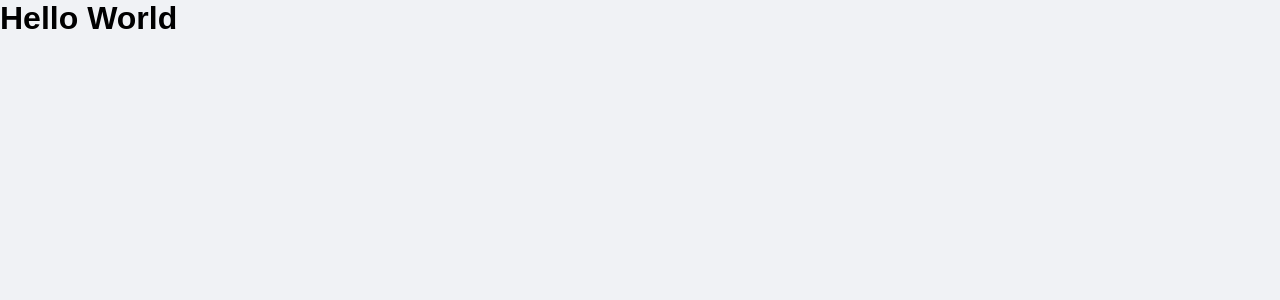
Repository: WillCS84/WC_Money
Page: /
The author's editor kept a copy of each file at every save. The page is drawn from the files as they stood at one save, then again after the next save.
The browser window is 1280 px wide. The pictures show the whole page.
The project was rebuilt for these pictures with package versions that can differ from the ones it lists, and the page was loaded fresh each time.

Above is the page before, as saved 2022-07-10 22:28:10.

After the next save:
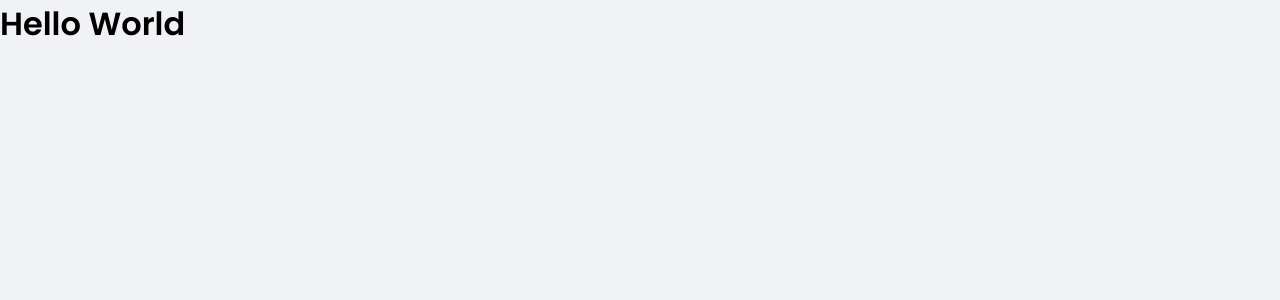
Saved 11 h 14 min later.
--- a/public/index.html
+++ b/public/index.html
@@ -1,12 +1,21 @@
 <!DOCTYPE html>
 <html lang="en">
   <head>
+    <link rel="preconnect" href="https://fonts.gstatic.com" crossorigin />
+
     <meta charset="utf-8" />
     <meta name="viewport" content="width=device-width, initial-scale=1" />
 
     <link rel="shortcut icon" href="favicon.png" type="image/png" />
 
     <title>WC Money</title>
+
+    <link rel="preconnect" href="https://fonts.googleapis.com" />
+
+    <link
+      href="https://fonts.googleapis.com/css2?family=Poppins:wght@400;600&display=swap"
+      rel="stylesheet"
+    />
   </head>
   <body>
     <noscript>You need to enable JavaScript to run this app.</noscript>
